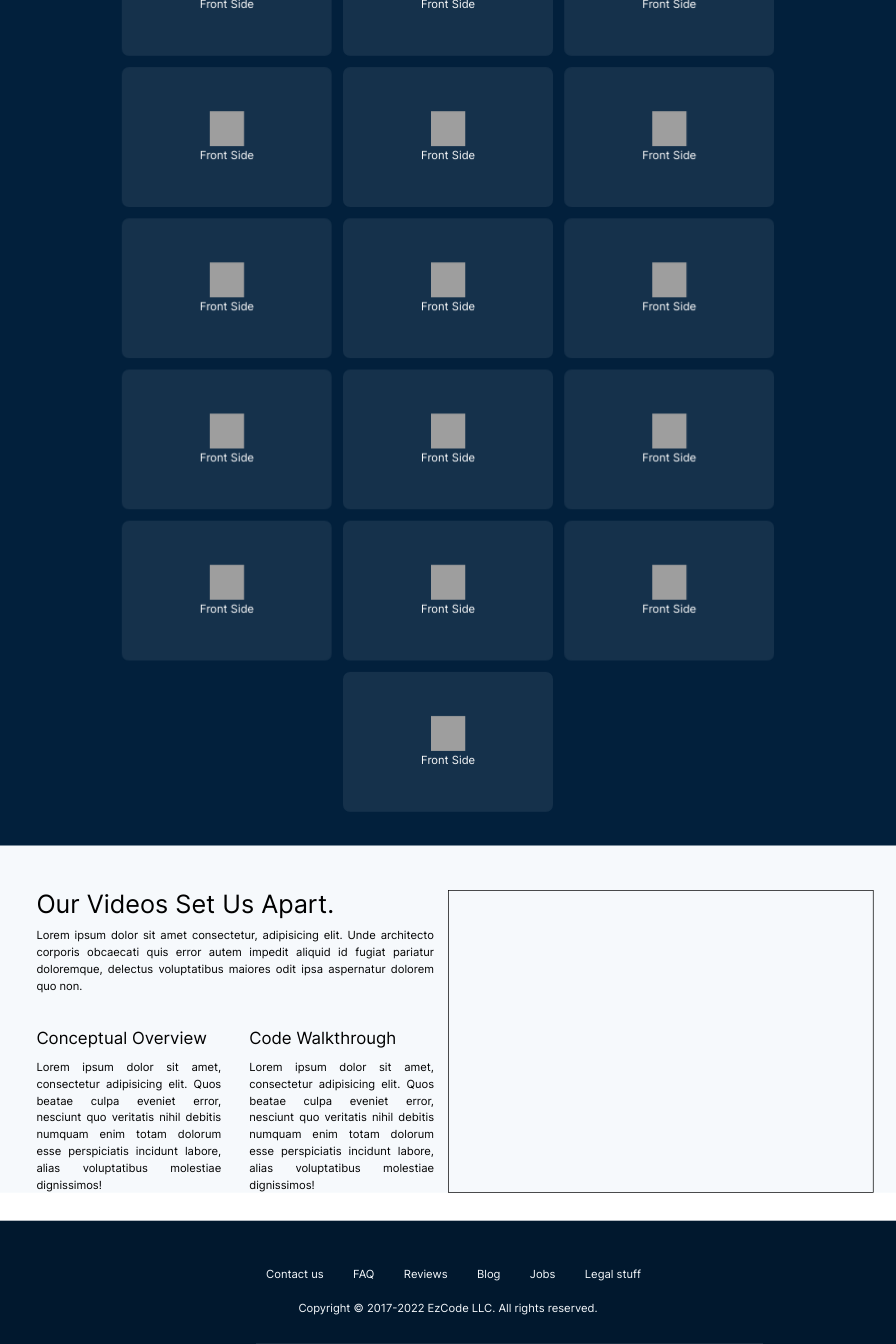
Repository: om1ars/Xjkey
Page: /
These files come from the project's save history. The page is drawn as it stood at one moment and after the next save; the edit follows.
The browser window is 1280 px wide. The pictures show the part of the page from y = 2117 to 4037 px (the page is 4037 px tall before and 4005 px after), at 70% of full size.
Pictures or frames that could not be fetched are drawn as grey boxes. The project was rebuilt for these pictures with package versions that can differ from the ones it lists, and the page was loaded fresh each time. The framework's server and built-in components were replaced by stand-ins that run in the browser. Also part of the build but not shown: next.config.js.

Above is the page before, as saved 2022-03-19 19:50:55.

After the next save:
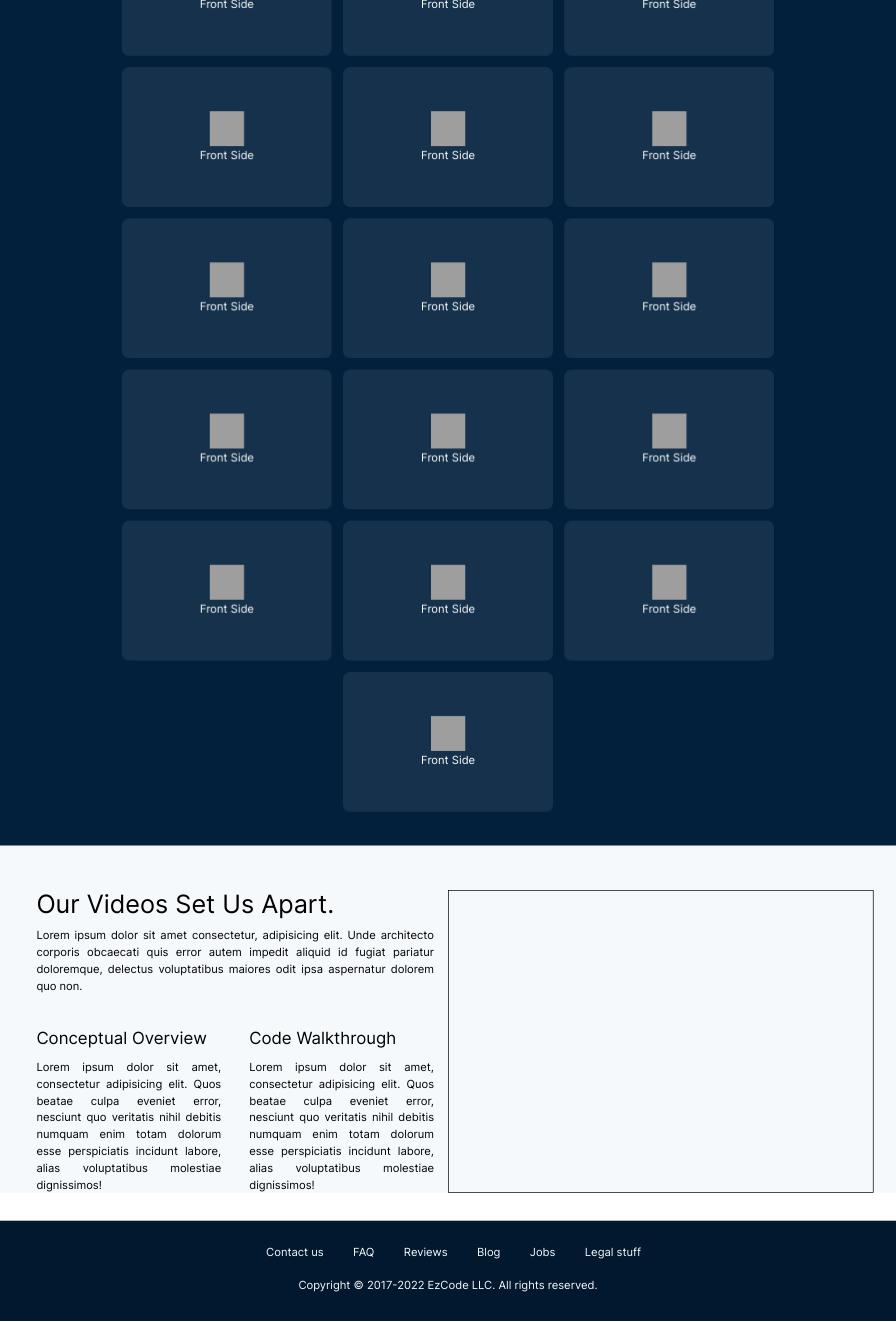
Saved 8 s later.
--- a/src/components/Footer.tsx
+++ b/src/components/Footer.tsx
@@ -4,7 +4,7 @@ import React from "react";
 export default function Footer() {
   return (
     <div>
-      <div className="bg-mainBg mt-10 text-whiteBg flex flex-col items-center justify-center pl-48 pr-48 pt-16 pb-10">
+      <div className="bg-mainBg mt-10 text-whiteBg flex flex-col items-center justify-center pl-48 pr-48 pt-8 pb-10">
         <div className="sm:flex sm:flex-wrap md:flex md:flex-wrap lg:flex ">
           <div className="ml-4 flex ">
             <span className="mr-2 ml-2">
